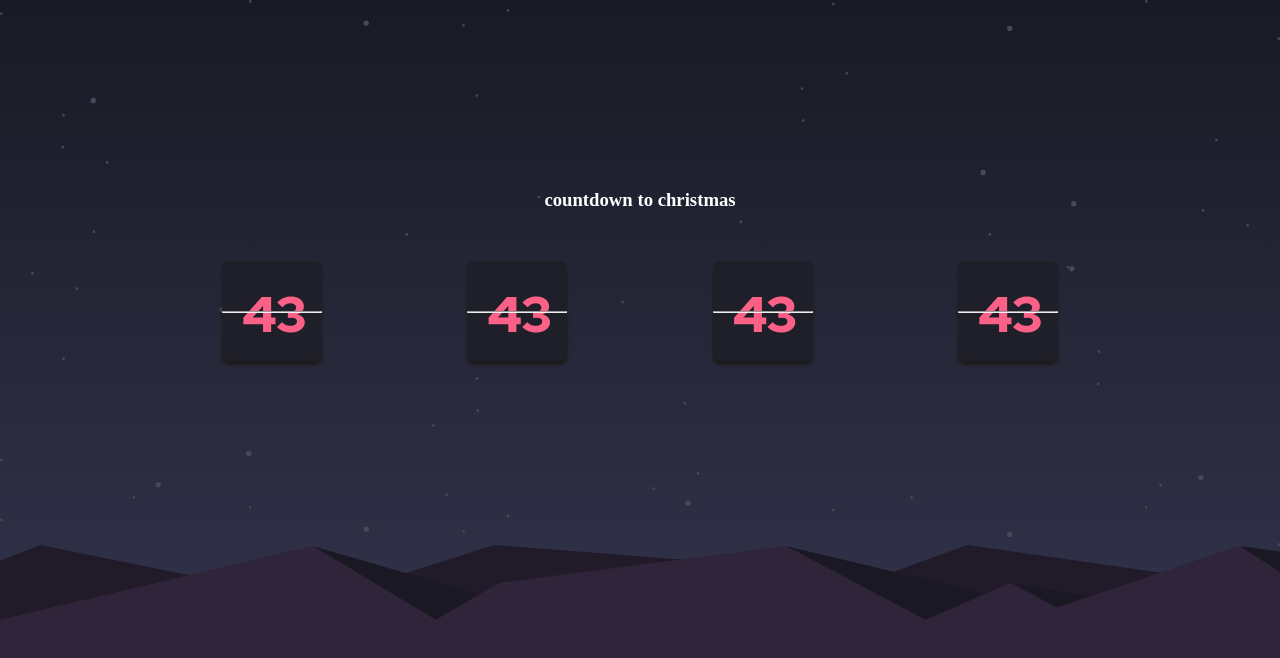
Repository: Eugene44-hub/countdown
Page: index.html
The author's editor kept a copy of each file at every save. The page is drawn from the files as they stood at one save, then again after the next save.
The browser window is 1280 px wide. The pictures show the whole page.

Above is the page before, as saved 2021-09-12 03:24:44.

### index.html
<!DOCTYPE html>
<html lang="en">

<head>
    <meta charset="UTF-8">
    <meta http-equiv="X-UA-Compatible" content="IE=edge">
    <meta name="viewport" content="width=device-width, initial-scale=1.0">
    <title>Document</title>
    <link rel="stylesheet" href="style.css">
</head>

<body>
    <div class="container">


        <div class="timer ">
            <h3 class="col10">countdown to christmas</h3>
            <div class="card">
                <p>43</p>
                <hr> </div>
            <div class="card">
                <p>43</p>
                <hr>
            </div>
            <div class="card">
                <p>43</p>
                <hr>
            </div>
            <div class="card">
                <p>43</p>
                <hr>
            </div>

        </div>

    </div>
    <script src="app.js"></script>

</body>

</html>

</html>

### style.css
@import url('https://fonts.googleapis.com/css2?family=Red+Hat+Text:wght@700&display=swap');
* {
    padding: 0;
    margin: 0;
    box-sizing: border-box;
}

body {
    /* background-color: hsl(235, 16%, 14%); */
    /* background-color: hsl(234, 17%, 12%); */
    background-image: url('images/pattern-hills.svg'), url('images/bg-stars.svg'), linear-gradient( hsl(235, 18%, 12%), hsl(236, 21%, 26%));
    background-position: bottom, top;
    background-repeat: no-repeat, repeat;
    background-size: contain;
    background-attachment: fixed;
}

.container {
    display: flex;
    width: 100%;
    height: 500px;
    flex-wrap: wrap;
    text-align: center;
}

.col10 {
    flex: 100%;
    margin: auto;
}

h3 {
    color: white;
    padding: 50px;
}

.timer {
    margin: auto;
    display: flex;
    flex-wrap: wrap;
    justify-content: space-between;
    padding: 30px;
    width: 70%;
}

.card {
    background-color: hsl(235, 16%, 14%);
    padding: 20px;
    width: 100px;
    height: 100px;
    position: relative;
    overflow: hidden;
    box-shadow: 0px 4px 3px rgb(29, 27, 27);
    border-radius: 7px;
    display: flex;
}

p {
    margin: auto;
    font-size: 50px;
    font-family: 'Red Hat Text';
    color: hsl(345, 95%, 68%);
}

hr {
    position: absolute;
    width: 100%;
    top: 50%;
    left: 0%;
}


/* timer color  hsl(345, 95%, 68%)
timer card color hsl(237, 18%, 59%)
* /

### app.js
const proposed = new Date('2021-12-25');
const current = new Date();

const proArr = [proposed.getHours(), proposed.getMinutes(), proposed.getSeconds(), proposed.getDay(), proposed.getMonth()]
console.log('proposed days:' + (((proArr.at(-1) * 31) - 7) + proposed.getDate()));
console.log('current days:' + (((current.getMonth() * 31) - 5) + current.getDate()));

console.log((((proArr.at(-1) * 31) - 7) + proposed.getDate()) - (((current.getMonth() * 31) - 5) + current.getDate()) + 'days to christmas');

console.log('hours:' + (24 - current.getHours()));
console.log('minutes:' + (60 - current.getMinutes()));
console.log('hours:' + (60 - current.getSeconds()));

// let cal = proposed. - current;
// console.log(proposed);
// console.log(current.getDate());
// console.log(proArr.at(-1) + 1);
// let another = new Date(cal);
// console.log(another)
//359-253 propsed day - current day(mth*31-7) for september minus 6

After the next save:
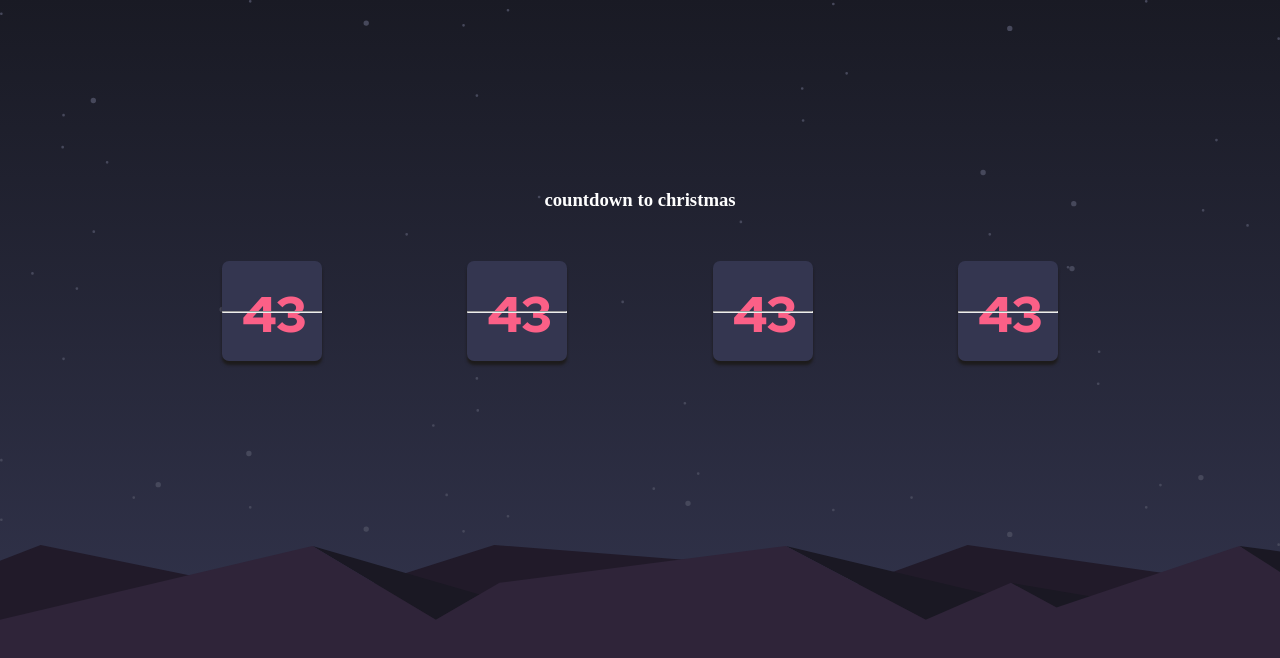
Saved 28 s later.
--- a/style.css
+++ b/style.css
@@ -43,7 +43,7 @@ h3 {
 }
 
 .card {
-    background-color: hsl(235, 16%, 14%);
+    background-color: hsl(236, 21%, 26%);
     padding: 20px;
     width: 100px;
     height: 100px;
